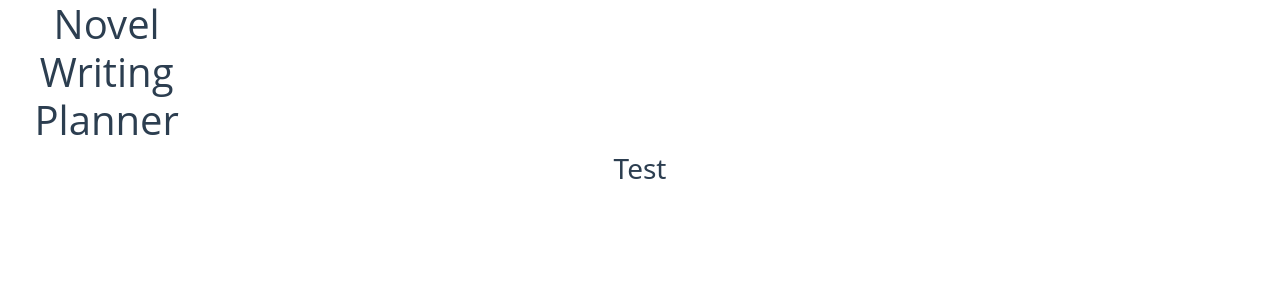
Repository: GossipCoco/RallyeBookV2
Page: /
These files come from the project's save history. The page is drawn as it stood at one moment and after the next save; the edit follows.
The browser window is 1280 px wide. The pictures show the whole page.
The page's requests for data from a server got no answer. The project was rebuilt for these pictures with package versions that can differ from the ones it lists, and the page was loaded fresh each time. No one was signed in, and anything a server would have sent is missing. Also part of the build but not shown: vue.config.js, src/api/JwTApi.js, server.js, src/components/PageComponent/Login.vue.

Above is the page before, as saved 2023-12-11 15:31:39.

### src/main.js
import { createApp } from 'vue'
import App from './App.vue'
import Router from './Router/Index'
import axios from 'axios'
import VueAxios from 'vue-axios'
import Vuex from 'vuex'
import store from "./store"
// import io from 'socket.io-client'
import { library } from '@fortawesome/fontawesome-svg-core'
import { faCat, faEnvelope, faGamepad, faHome, faHouseUser, faUser, faUserAlt, faUserCog, faUsers } from '@fortawesome/free-solid-svg-icons'
import { FontAwesomeIcon } from '@fortawesome/fontawesome-free'

import 'bootstrap/dist/css/bootstrap.css'
import './assets/css/Layout.css'
import './assets/css/Card.css'


library.add(faUser, faHouseUser, faGamepad, faUser, faHome, faEnvelope, faUserCog, faCat, faUserAlt, faUsers, faCat)
const app = createApp(App)

app.use(FontAwesomeIcon)
app.use(Vuex)
app.use(store)
app.use(Router)
app.use(VueAxios, axios)
app.mount('#app')

### src/App.vue
<template>
  <div class="container-fluid">
    <div class="row">
      <div class="col-2">
        <h1>Novel Writing Planner</h1>
      </div>
      <div class="col-10"></div>
    </div>
    <div class="row">
      <div class="col-12">
      <router-view></router-view>
      </div>
    </div>
  </div>
</template>

<script>
export default {
  name: "App",
};
</script>

<style>
#app {
  -webkit-font-smoothing: antialiased;
  -moz-osx-font-smoothing: grayscale;
  text-align: center;
  color: #2c3e50;
}
</style>

### src/Router/Index.js
import { createWebHistory, createRouter } from "vue-router";
import Home from '../components/PageComponent/Home.vue'
import Login from '../components/PageComponent/Login.vue'

const routes = [
  {
    path: "/",
    name: "home",
    component: Home,
  },
  {
    path: "/home",
    component: Home,
  },
  {
    path: "/login",
    component: Login,
  },
]

const router = createRouter({
    history: createWebHistory(),
    routes,
  });

  export default router;

### src/store/index.js
import { createStore } from "vuex";
import { auth } from "./auth.module";
export default createStore({
  modules: {
    auth,
  },
  state: {},
  mutations: {},
  actions: {},
});

### src/assets/css/Layout.css
@import './variables.scss';

html,
body {
    height: 100vh;
    overflow-y: hidden;
    overflow-x: hidden;
    scroll-behavior: smooth;
    background-size: cover;
    background-position: 10%;
}
.logo{
    width: 25vh;
}
.login-page{
    overflow: auto;
    height: 55vh;
}
#profile-img{
    width: 20px;
}
h1{
    font-family: var(--opensans-text);
    font-weight: 450;
}

### src/components/PageComponent/Home.vue
<template>
    <div class="container">
      <header class="jumbotron">
        <h3>Test</h3>
      </header>
    </div>
  </template>

  <script>
  import UserService from "../../Services/user.service";

  export default {
    name: "Home",
    data() {
      return {
        content: "",
        user: 'coco'
      };
    },
    mounted() {
      UserService.getPublicContent().then(
        (response) => {
          this.content = response.data;
        },
        (error) => {
          this.content =
            (error.response &&
              error.response.data &&
              error.response.data.message) ||
            error.message ||
            error.toString();
        }
      );
    },
  };
  </script>

### src/store/auth.module.js
import AuthService from '../Services/auth.service';

const user = JSON.parse(localStorage.getItem('user'));
const initialState = user
  ? { status: { loggedIn: true }, user }
  : { status: { loggedIn: false }, user: null };

export const auth = {
  namespaced: true,
  state: initialState,
  actions: {
    login({ commit }, user) {
      return AuthService.login(user).then(
        user => {
          commit('loginSuccess', user);
          return Promise.resolve(user);
        },
        error => {
          commit('loginFailure');
          return Promise.reject(error);
        }
      );
    },
    logout({ commit }) {
      AuthService.logout();
      commit('logout');
    },
    register({ commit }, user) {
      return AuthService.register(user).then(
        response => {
          commit('registerSuccess');
          return Promise.resolve(response.data);
        },
        error => {
          commit('registerFailure');
          return Promise.reject(error);
        }
      );
    }
  },
  mutations: {
    loginSuccess(state, user) {
      state.status.loggedIn = true;
      state.user = user;
    },
    loginFailure(state) {
      state.status.loggedIn = false;
      state.user = null;
    },
    logout(state) {
      state.status.loggedIn = false;
      state.user = null;
    },
    registerSuccess(state) {
      state.status.loggedIn = false;
    },
    registerFailure(state) {
      state.status.loggedIn = false;
    }
  }
};

### src/assets/css/variables.scss
@import './Roboto.css';
@import './OpenSans.css';
@import './MeriendaMedium.css';
@import './MeriendaRegular.css';

:root{
    --opensans-text: 'Open Sans', sans-serif;
    --roboto-text: 'Roboto', sans-serif;

    --main-white: 255, 255, 255;
    --main-grey-background: 249, 251, 253;
    --dark-green-01: 0, 75, 66;
    --dark-green-02: 61, 111, 52;
    --middle-green-01: 3, 152, 134;
    --middle-green-02: 58, 174, 134;
    --clear-green-01: 146, 200, 66;
    --clear-green-02: 89, 207, 187;
}

### src/assets/css/Roboto.css
/* roboto */
@font-face {
    font-family: 'Roboto';
    font-style: normal;
    font-weight: 400;
    src: local('../fonts/Roboto/Roboto-Regular.ttf'),
         url('../fonts/Roboto/Roboto-Regular.ttf') format('ttf'), /* Super Modern Browsers */
  }

### src/assets/css/OpenSans.css
@font-face {
    font-family: 'Open Sans';
    font-style: normal;
    font-weight: 400;
    src: local('../fonts/OpenSans/OpenSans-Regular.ttf'),
         url('../fonts/OpenSans/OpenSans-Regular.ttf') format('ttf'), /* Super Modern Browsers */
  }

### src/assets/css/MeriendaMedium.css
@font-face {
    font-family: 'Open Sans';
    font-style: normal;
    font-weight: 400;
    src: local('../fonts/Merienda/Merienda-Medium.ttf'),
         url('../fonts/Merienda/Merienda-Medium.ttf') format('ttf'), /* Super Modern Browsers */
  }

### src/assets/css/MeriendaRegular.css
@font-face {
    font-family: 'Open Sans';
    font-style: normal;
    font-weight: 400;
    src: local('../fonts/Merienda/Merienda-Regular.ttf'),
         url('../fonts/Merienda/Merienda-Regular.ttf') format('ttf'), /* Super Modern Browsers */
  }

### src/Services/user.service.js
import axios from 'axios';
import authHeader from './auth-header';

const API_URL = 'http://localhost:8080/api/test/';

class UserService {
  getPublicContent() {
    return axios.get(API_URL + 'all');
  }

  getUserBoard() {
    return axios.get(API_URL + 'user', { headers: authHeader() });
  }
}

export default new UserService();

### src/Services/auth.service.js
import axios from 'axios';

const API_URL = 'http://localhost:8080/api/auth/';

class AuthService {
  login(user) {
    return axios
      .post(API_URL + 'signin', {
        username: user.username,
        password: user.password
      })
      .then(response => {
        if (response.data.accessToken) {
          localStorage.setItem('user', JSON.stringify(response.data));
        }

        return response.data;
      });
  }

  logout() {
    localStorage.removeItem('user');
  }

  register(user) {
    return axios.post(API_URL + 'signup', {
      username: user.username,
      email: user.email,
      password: user.password
    });
  }
}

export default new AuthService();

### src/Services/auth-header.js
export default function authHeader() {
    let user = JSON.parse(localStorage.getItem('user'));

    if (user && user.accessToken) {
      return { Authorization: 'GossipCoco ' + user.accessToken };
    } else {
      return {};
    }
  }

Loaded but not shown: public/index.html (common file); src/assets/css/Card.css (common file)

After the next save:
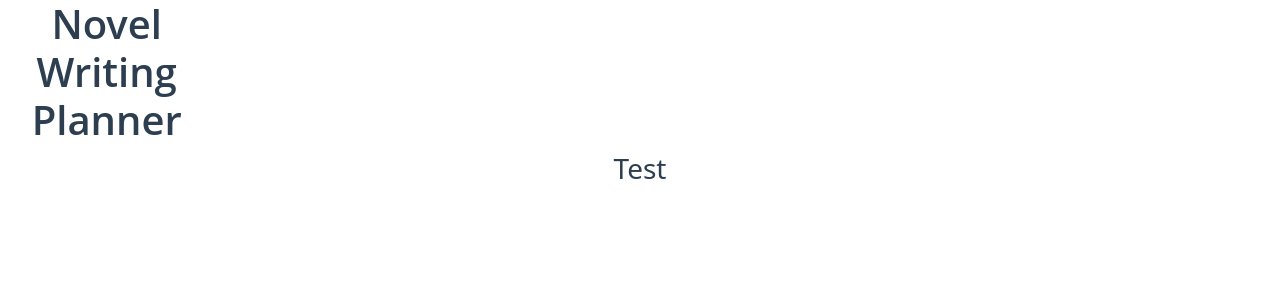
Saved 6 s later.
--- a/src/assets/css/Layout.css
+++ b/src/assets/css/Layout.css
@@ -21,5 +21,5 @@ body {
 }
 h1{
     font-family: var(--opensans-text);
-    font-weight: 450;
+    font-weight: 600;
 }
